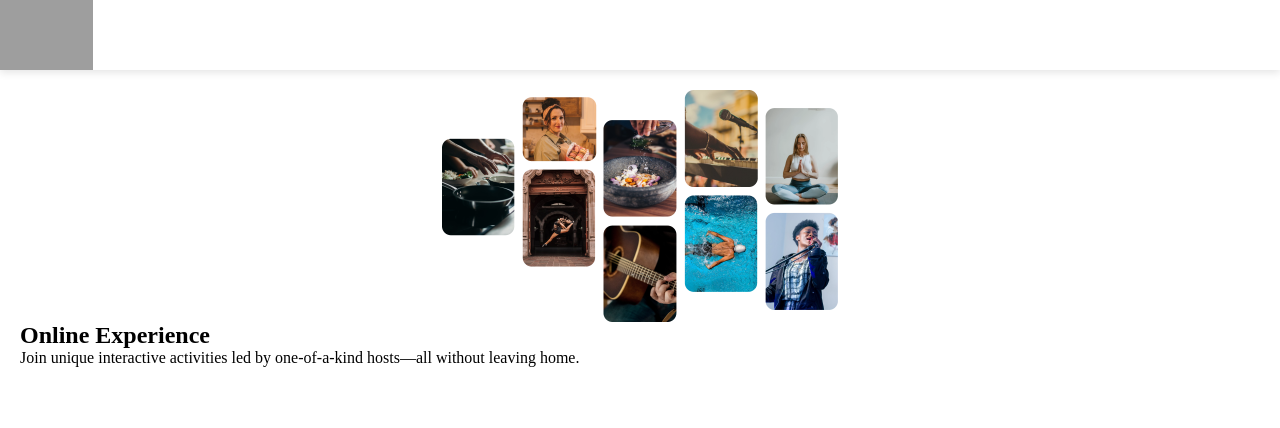
Repository: Richswag009/my-travel-journal
Page: /
The author's editor kept a copy of each file at every save. The page is drawn from the files as they stood at one save, then again after the next save.
The browser window is 1280 px wide. The pictures show the whole page.
Pictures or frames that could not be fetched are drawn as grey boxes. The project was rebuilt for these pictures with package versions that can differ from the ones it lists, and the page was loaded fresh each time.

Above is the page before, as saved 2022-06-16 12:12:35.

After the next save:
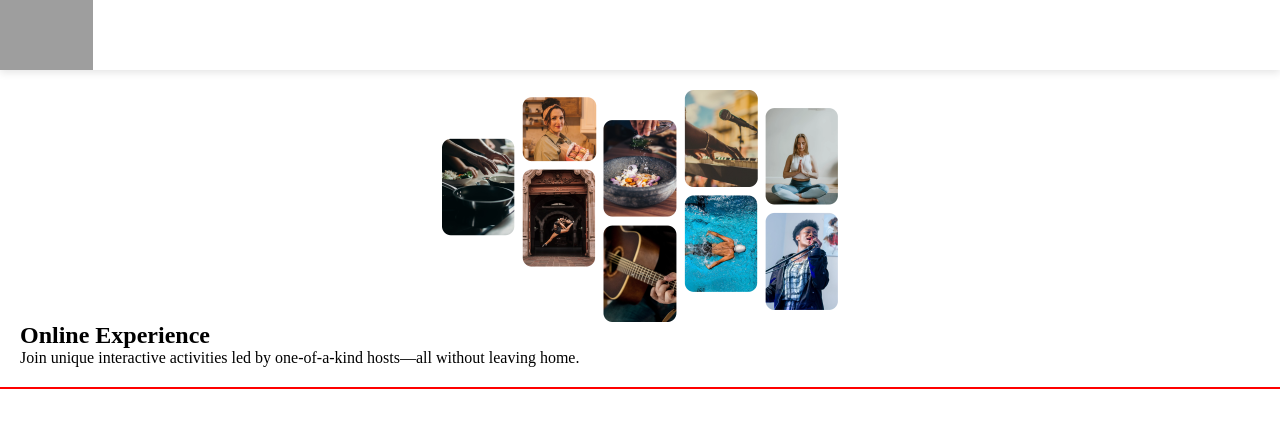
Saved 32 s later.
--- a/src/App.js
+++ b/src/App.js
@@ -3,6 +3,7 @@ import React,{Component} from 'react';
 import './App.css';
 import Header from './component/Header';
 import Hero from './component/Hero';
+import Card from './component/Card';
 
 // import Users from './component/users/Users';
 class App extends Component{
@@ -12,6 +13,7 @@ class App extends Component{
       <div className="App">
        <Header/>
        <Hero/>
+       <Card/>
         </div>
     );
   }
